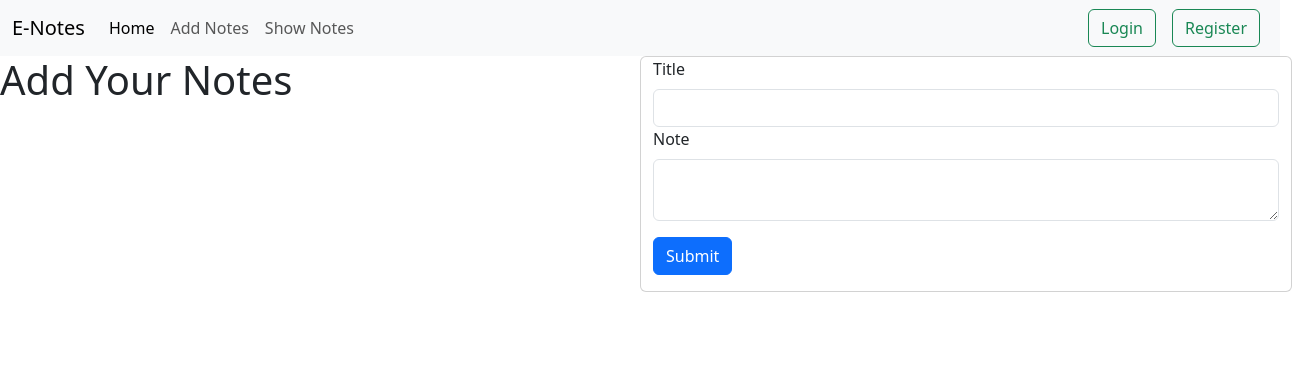
Repository: SandeepSharma2002/JavaProjects
Page: http://localhost/ENotes/addNotes.jsp
The author's editor kept a copy of each file at every save. The page is drawn from the files as they stood at one save, then again after the next save.
The browser window is 1280 px wide. The page is 1292 px wide, then 1280 px, so the pictures cover 1292 px, including what lies to the right of the window. The pictures show the whole page.
The page is served by Tomcat 9.

Above is the page before, as saved 2023-10-24 18:52:38.

After the next save:
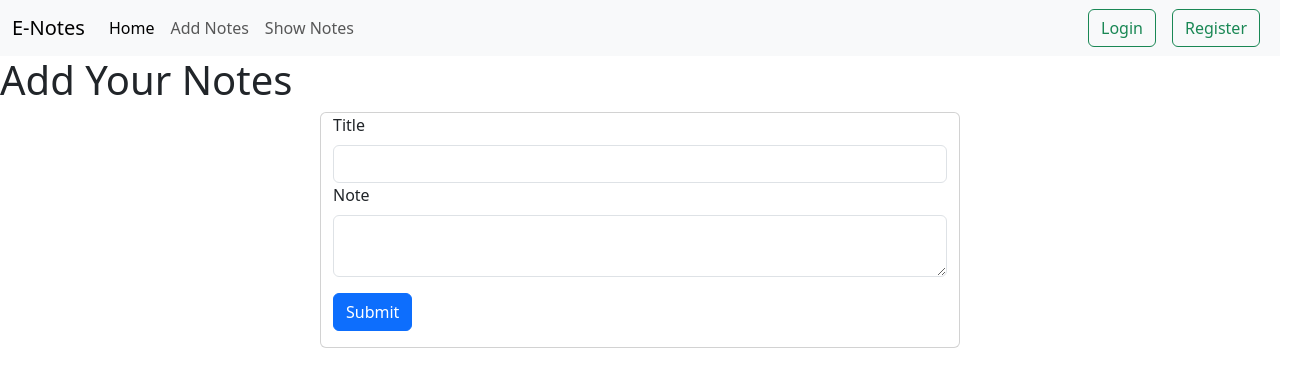
Saved 15 s later.
--- a/ENotes/src/main/webapp/addNotes.jsp
+++ b/ENotes/src/main/webapp/addNotes.jsp
@@ -10,7 +10,7 @@
 <body>
 	<%@include file="Components/Navbar.jsp"%>
 
-	<div class="row">
+	<div class="col">
 	<h1 class=" col-md-6">Add Your Notes</h1>
 		<div class="card container-fluid col-md-6">
 
